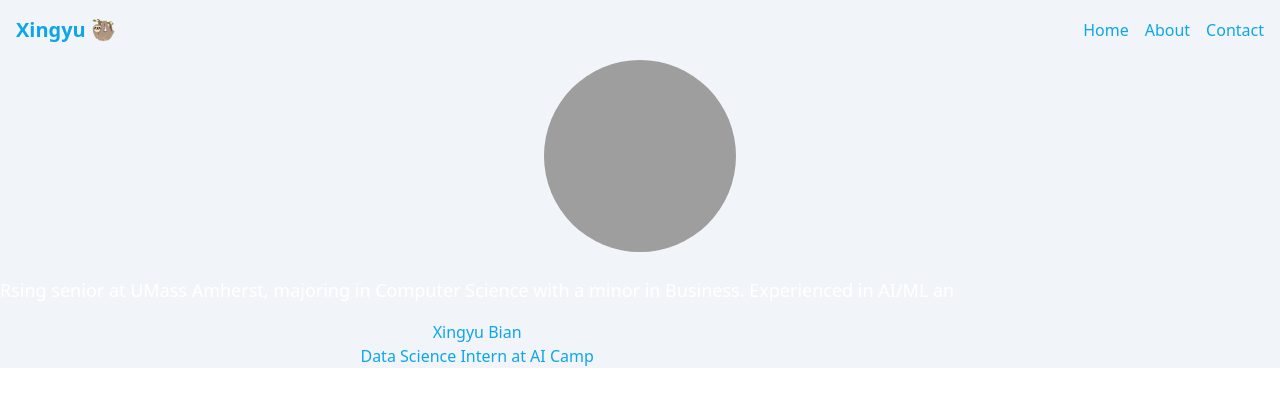
Repository: therealcyberlord/personal-portfolio
Page: /
An editor plug-in stored every save of this project. The page is shown before and after the next save, followed by the edit.
The browser window is 1280 px wide. The pictures show the whole page.
Pictures or frames that could not be fetched are drawn as grey boxes. The project was rebuilt for these pictures with package versions that can differ from the ones it lists, and the page was loaded fresh each time. Also part of the build but not shown: vite.config.ts, src/pages/About.tsx, src/pages/Contact.tsx.

Above is the page before, as saved 2023-07-22 23:32:15.

After the next save:
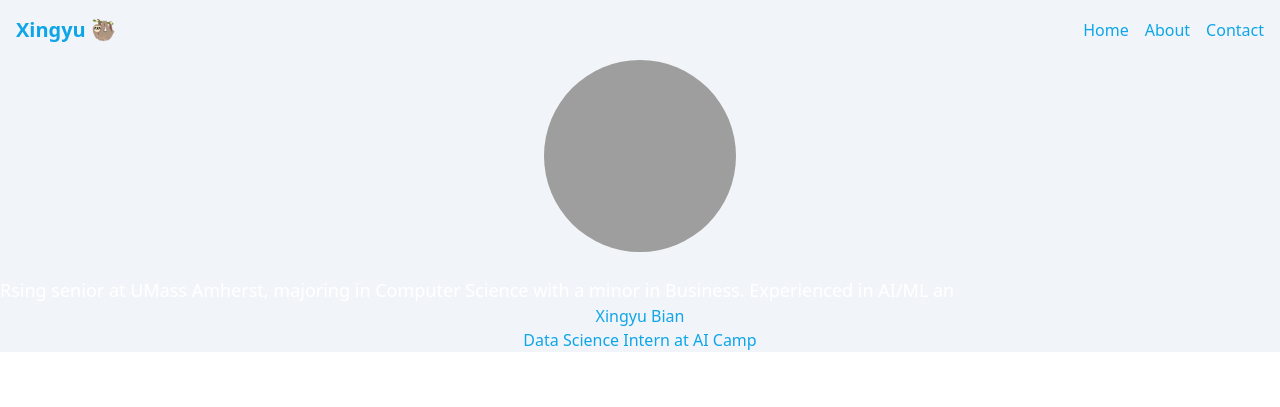
Saved 78 s later.
--- a/src/components/Profile.tsx
+++ b/src/components/Profile.tsx
@@ -45,16 +45,12 @@ const Profile: React.FC<ProfileProps> = ({
           <blockquote>
             <p className="text-lg font-sm text-white ">{typedText}</p>
           </blockquote>
-          <figcaption className="font-medium">
-            <div className="text-sky-500 dark:text-sky-400 font-sans">
-              {name}
-            </div>
-            <div className="text-sky-500 dark:text-sky-400 font-sans">
-              {role}
-            </div>
-          </figcaption>
         </div>
       </figure>
+      <figcaption className="font-medium text-center">
+        <div className="text-sky-500 dark:text-sky-400 font-sans">{name}</div>
+        <div className="text-sky-500 dark:text-sky-400 font-sans">{role}</div>
+      </figcaption>
     </>
   );
 };
